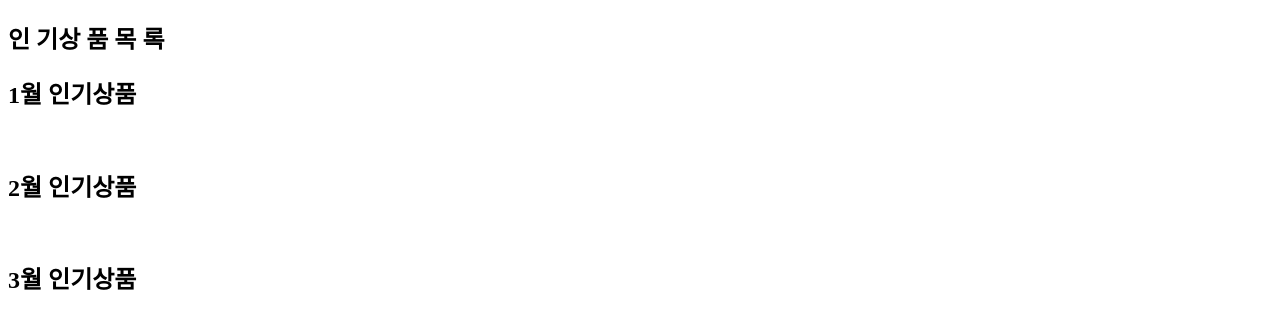
Repository: odasd/jsp
Page: http://localhost/semi/record/record3.jsp
An editor plug-in stored every save of this project. The page is shown before and after the next save, followed by the edit.
The browser window is 1280 px wide. The pictures show the whole page.
Some web libraries are served in a nearby version. The page is served by Tomcat 9. Queries for data that is not in the repository find no rows.

Above is the page before, as saved 2020-06-17 09:17:01.

After the next save:
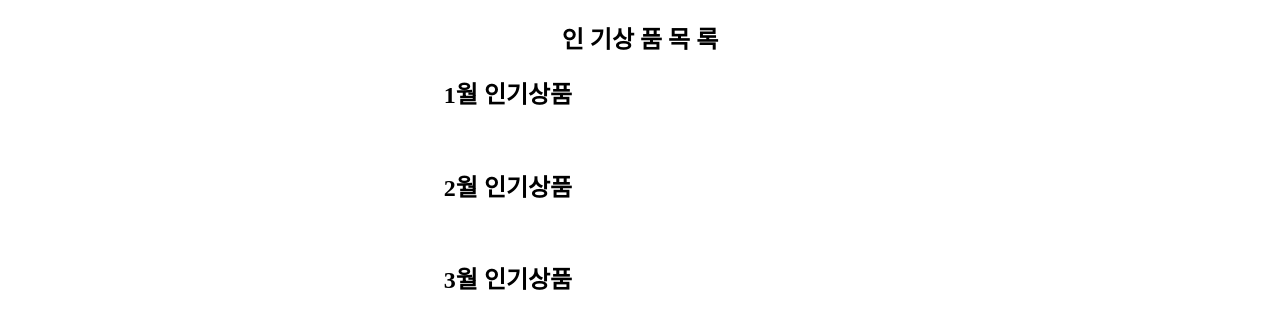
Saved 40 s later.
--- a/semi/WebContent/record/record3.jsp
+++ b/semi/WebContent/record/record3.jsp
@@ -22,6 +22,7 @@
 
 .help {width:1000px; }
 
+h2 {text-align:center;}
 </style>
 </head>
 <body>
